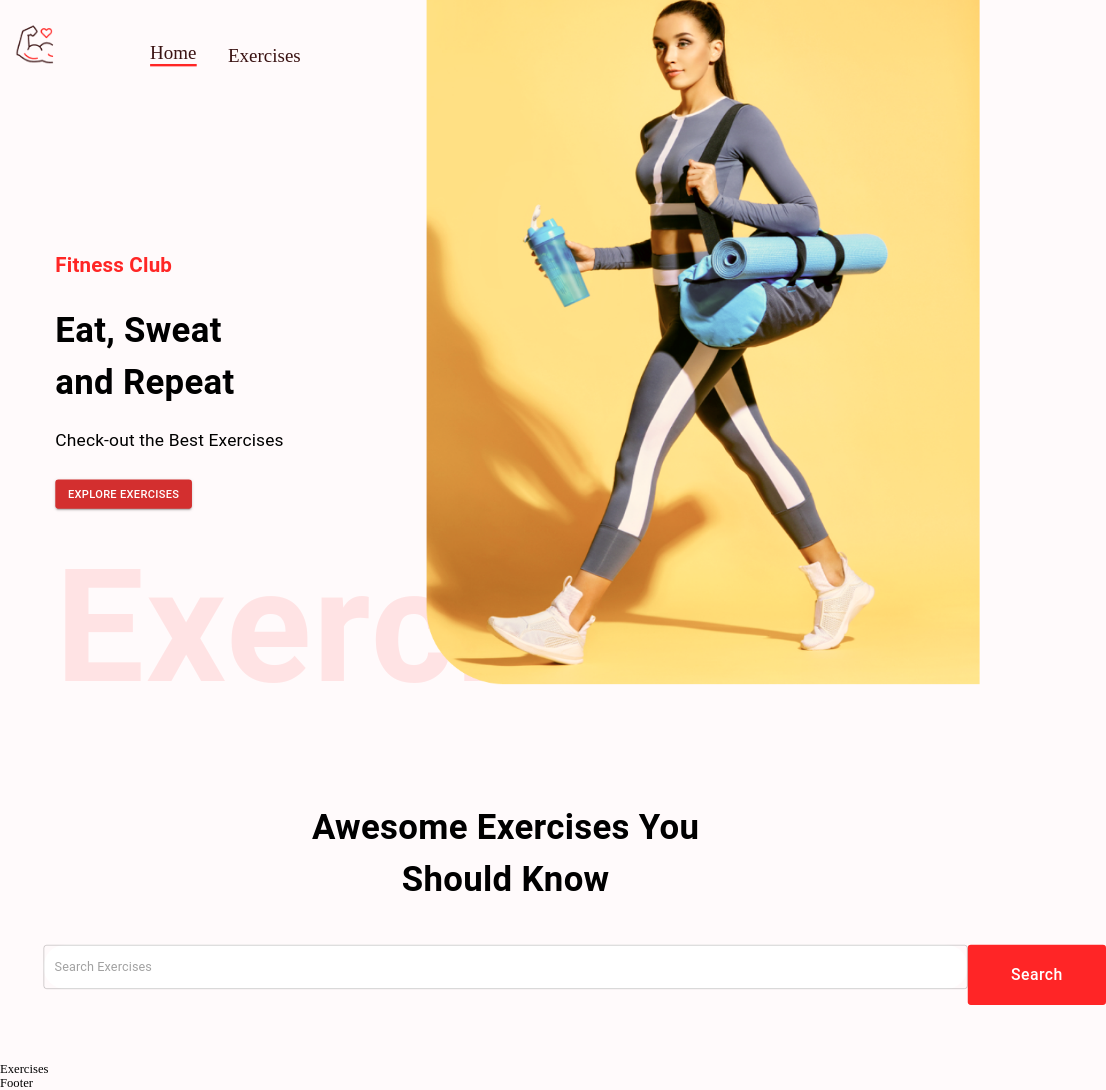
Repository: remydev47/fitness-center
Page: /
An editor plug-in stored every save of this project. The page is shown before and after the next save, followed by the edit.
The browser window is 1280 px wide. The page is 1400 px wide, then 1280 px, so the pictures cover 1400 px, including what lies to the right of the window. The pictures show the whole page, at 79% of full size.
The project was rebuilt for these pictures with package versions that can differ from the ones it lists, and the page was loaded fresh each time. Also part of the build but not shown: src/pages/ExerciseDetail.js.

Above is the page before, as saved 2022-07-26 01:20:22.

After the next save:
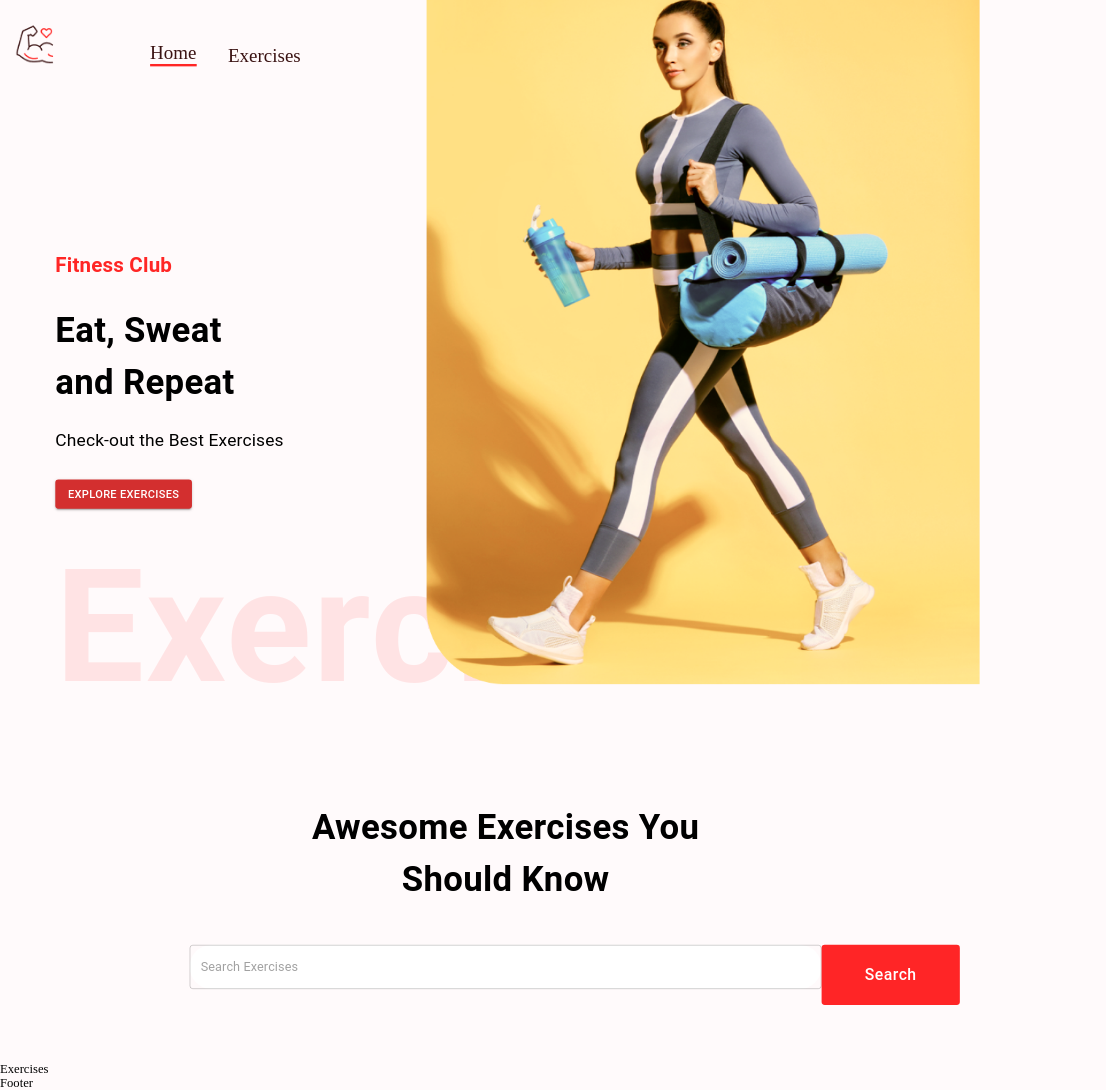
Saved 53 s later.
--- a/src/components/SearchExercises.js
+++ b/src/components/SearchExercises.js
@@ -33,7 +33,7 @@ const SearchExercises = () => {
                     borderRadius: '4px'
                 },
                 width: {
-                    lg: '1170px',
+                    lg: '800px',
                     xs: '350px'
                 },
                 backgroundColor: "#FFF",
